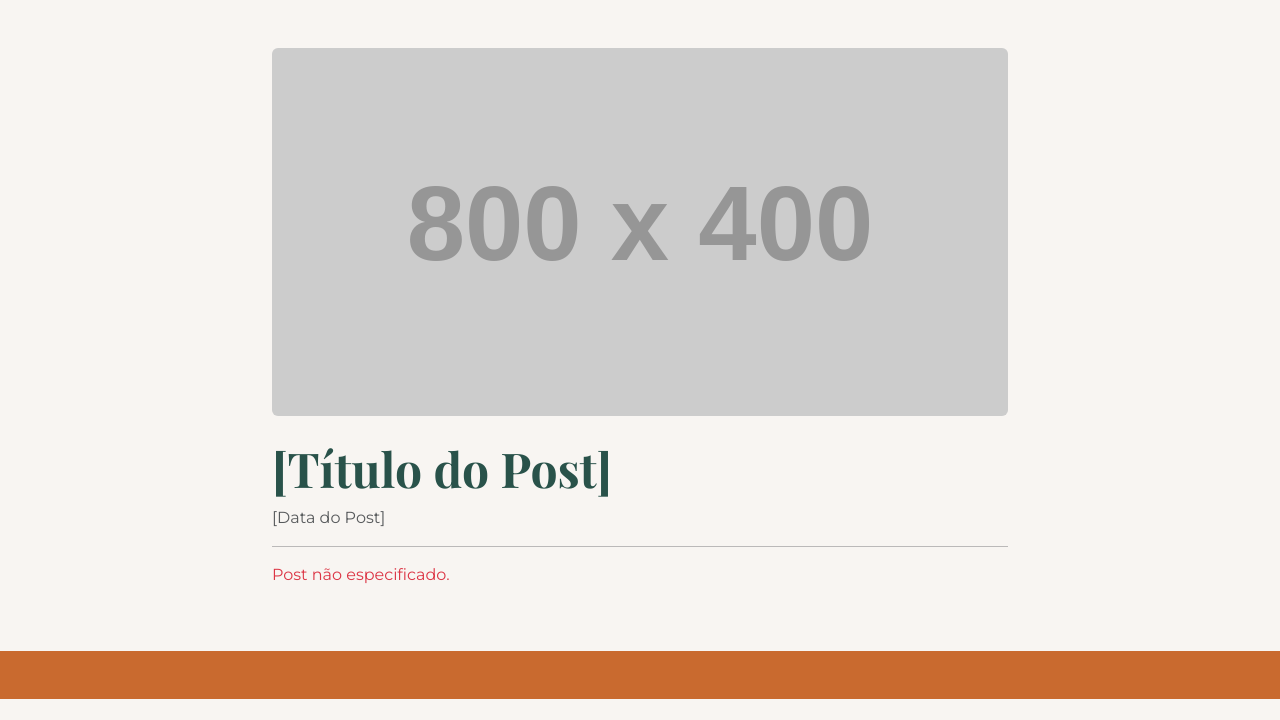
Repository: Lucascsg/projeto-anasouza-frontend
Page: post.html
These files come from the project's save history. The page is drawn as it stood at one moment and after the next save; the edit follows.
The browser window is 1280 px wide. The pictures show the whole page.

Above is the page before, as saved 2025-10-20 23:19:13.

### post.html
<!DOCTYPE html>
<html lang="pt-br">
<head>
    <meta charset="UTF-8">
    <meta name="viewport" content="width=device-width, initial-scale=1.0">
    <title>Blog - Ana Souza</title>

    <link href="https://cdn.jsdelivr.net/npm/bootstrap@5.3.2/dist/css/bootstrap.min.css" rel="stylesheet">
    <link rel="stylesheet" href="css/style.css">
    <link rel="stylesheet" href="https://cdn.jsdelivr.net/npm/bootstrap-icons@1.11.1/font/bootstrap-icons.css">
    <link rel="preconnect" href="https://fonts.googleapis.com">
    <link rel="preconnect" href="https://fonts.gstatic.com" crossorigin>
    <link href="https://fonts.googleapis.com/css2?family=Montserrat:wght@400;500;600&family=Playfair+Display:wght@700&family=Great+Vibes&display=swap" rel="stylesheet">
</head>
<body>

    <header>
        </header>

    <main class="container my-5">
        <div class="row justify-content-center">
            <div class="col-lg-8">
                <img src="https://via.placeholder.com/800x400" id="post-imagem" class="img-fluid rounded mb-4" alt="Imagem de destaque do post">

                <h1 class="display-5 fw-bold" id="post-titulo">[Título do Post]</h1>

                <p class="text-muted" id="post-data">[Data do Post]</p>
                <hr>

                <div id="post-conteudo">
                    <p>Carregando conteúdo do post...</p>
                </div>
            </div>
        </div>
    </main>

    <footer class="py-4 footer-custom">
       </footer>

    <script src="https://cdn.jsdelivr.net/npm/bootstrap@5.3.2/dist/js/bootstrap.bundle.min.js"></script>
    <script src="js/post.js"></script>
</body>
</html>

### css/style.css
/* =================================== */
/* VARIÁVEIS GLOBAIS E ESTILOS BASE    */
/* =================================== */
:root {
    /* Sua paleta de cores (mantive suas últimas alterações) */
    --cor-base-escura: #c96a2f;
    --cor-acao-vibrante: #854D27;
    --cor-detalhe-quente: #29524A;
    --cor-texto-escuro: #06070E;

    /* Cores Neutras e de Fundo */
    --cor-fundo-claro: #F8F5F2;
    --cor-texto-claro: #FFFFFF;
}

body {
    font-family: 'Montserrat', sans-serif;
    background-color: var(--cor-fundo-claro);
    color: var(--cor-texto-escuro);
}

h1, h2, h3, h4, h5, h6 {
    font-family: 'Playfair Display', serif;
    color: var(--cor-detalhe-quente);
}

/* =================================== */
/* ESTILOS DA BARRA DE NAVEGAÇÃO       */
/* =================================== */
.navbar-custom {
    background-color: var(--cor-base-escura);
}
/* ... (O resto dos estilos da navbar e do logo permanecem como você enviou) ... */
.navbar-brand.logo-text {
    display: flex;
    flex-direction: column;
    justify-content: center;
    padding: 0;
    position: relative;
    top: 2px;
}
.navbar-brand div {
    font-family: 'Great Vibes', cursive;
    font-size: 2.2rem;
    color: #FFD972 !important;
    line-height: 1;
    font-weight: normal;
}
.navbar-brand .logo-subtitle {
    font-family: 'Montserrat', sans-serif;
    font-size: 0.6rem;
    text-transform: uppercase;
    letter-spacing: 0.1em;
    display: block;
    opacity: 0.9;
    color: #FFD972;
    margin-top: -5px;
}
/* ... (outros estilos da navbar que você enviou) ... */
.navbar-custom .navbar-brand img {
    height: 40px;
}
.navbar-custom .nav-link {
    color: var(--cor-texto-claro);
    font-weight: 500;
    text-transform: uppercase;
    font-size: 0.9rem;
    padding: 0.5rem 1rem;
    transition: opacity 0.3s;
}
.navbar-custom .nav-link:hover {
    opacity: 0.8;
}
.navbar-icons a {
    color: var(--cor-texto-claro);
    font-size: 1.2rem;
    transition: opacity 0.3s;
}
.navbar-icons a:hover {
    opacity: 0.8;
}


/* =================================== */
/* ESTILOS DA SEÇÃO HERO (IMAGEM)      */
/* =================================== */
#hero {
    position: relative;
    height: 90vh;
    width: 100%;
    display: flex;
    align-items: center;
    justify-content: center;

    /* --- ATUALIZAÇÃO PARA IMAGEM DE FUNDO --- */
    background: url('../imagens/hero-background.jpg') no-repeat center center/cover;
}

#hero::after {
    content: '';
    position: absolute;
    top: 0;
    left: 0;
    width: 100%;
    height: 100%;
    background: rgba(0, 0, 0, 0.6);
    z-index: 1;
}

#hero .hero-content {
    position: relative;
    z-index: 2;
}

#hero .hero-content h1 {
    font-weight: 700;
    color: var(--cor-texto-claro);
}

#hero .hero-content .btn {
    border-radius: 50px;
    padding: 12px 30px;
    font-weight: 600;
}


/* ... (O resto do seu CSS continua exatamente como você enviou) ... */

/* =================================== */
/* ESTILOS GERAIS DAS SEÇÕES           */
/* =================================== */
section h2 {
    color: var(--cor-detalhe-quente);
    margin-bottom: 1rem;
}

/* =================================== */
/* ESTILOS DA SEÇÃO DE PRODUTOS        */
/* =================================== */
.product-card {
    border: none;
    border-radius: 15px;
    box-shadow: 0 4px 15px rgba(0, 0, 0, 0.08);
    transition: all 0.3s ease-in-out;
}
.product-card:hover {
    transform: translateY(-8px);
    box-shadow: 0 8px 25px rgba(0, 0, 0, 0.12);
}
.product-card .card-title {
    color: var(--cor-texto-escuro);
    font-weight: 600;
}
.product-card .btn {
    border-radius: 50px;
    padding: 8px 25px;
    font-weight: 500;
    border-color: var(--cor-base-escura);
    color: var(--cor-base-escura);
}
.product-card .btn:hover {
    background-color: var(--cor-base-escura);
    color: white;
}

/* =================================== */
/* ESTILOS DA SEÇÃO DE BLOG            */
/* =================================== */
.btn-custom-primary {
    background-color: var(--cor-acao-vibrante);
    color: white;
    border: none;
    border-radius: 50px;
    padding: 10px 30px;
    font-weight: 600;
    transition: all 0.3s;
}
.btn-custom-primary:hover {
    background-color: var(--cor-acao-vibrante);
    color: white;
    opacity: 0.9;
    transform: translateY(-2px);
}
#blog img {
    border-radius: 15px;
}

/* =================================== */
/* ESTILOS DO RODAPÉ (FOOTER)          */
/* =================================== */
.footer-custom {
    background-color: var(--cor-base-escura);
}
.footer-custom a {
    text-decoration: none;
    transition: opacity 0.3s;
}
.footer-custom a:hover {
    opacity: 0.8;
}

/* =================================== */
/* ESTILO DE SEÇÃO EM FORMATO DE CARD  */
/* =================================== */

.section-card {
    background-color: #c3c3c3; /* Fundo branco para o card */
    padding: 3rem 2rem;        /* Espaçamento interno generoso */
    border-radius: 20px;       /* As pontas curvadas que você pediu */
    box-shadow: 0 10px 30px rgba(0, 0, 0, 0.07); /* Sombra sutil para "flutuar" */
}

/* =================================== */
/* Estilos da Página de Produto        */
/* =================================== */

.product-price {
    color: var(--cor-detalhe-quente); /* Usando o verde/marrom dos títulos */
    font-weight: 600;
}

### js/post.js
document.addEventListener('DOMContentLoaded', function() {
    const urlParams = new URLSearchParams(window.location.search);
    const postId = urlParams.get('id');

    // Sempre atualiza o contador do carrinho, em qualquer página
    atualizarContadorCarrinho();

    if (postId) {
        carregarPostCompleto(postId);
    } else {
        // Se não houver ID na URL, exibe erro
        const postContent = document.getElementById('post-conteudo');
        if(postContent) postContent.innerHTML = '<p class="text-danger">Post não especificado.</p>';
    }
});

async function carregarPostCompleto(id) {
    try {
        const response = await fetch('blog.json');
        const posts = await response.json();
        const post = posts.find(p => p.id == id);

        if (post) {
            exibirPost(post);
        } else {
            const postContent = document.getElementById('post-conteudo');
            if(postContent) postContent.innerHTML = '<p class="text-danger">Post não encontrado.</p>';
        }
    } catch (error) {
        console.error('Erro ao carregar o post:', error);
    }
}

function exibirPost(post) {
    document.title = post.titulo + " - Ana Souza";

    document.getElementById('post-imagem').src = post.imagem;
    document.getElementById('post-imagem').alt = post.titulo;
    document.getElementById('post-titulo').textContent = post.titulo;
    document.getElementById('post-data').textContent = post.data;

    // Usamos innerHTML aqui para que as tags <p> do nosso JSON sejam renderizadas como HTML
    document.getElementById('post-conteudo').innerHTML = post.conteudo;
}

// Função para manter o contador do carrinho atualizado
function atualizarContadorCarrinho() {
    let carrinho = JSON.parse(localStorage.getItem('carrinho')) || [];
    const totalItens = carrinho.reduce((total, item) => total + item.quantidade, 0);
    const contadorElemento = document.getElementById('contador-carrinho');

    if (contadorElemento) {
        if (totalItens > 0) {
            contadorElemento.textContent = totalItens;
            contadorElemento.style.display = 'inline';
        } else {
            contadorElemento.style.display = 'none';
        }
    }
}

After the next save:
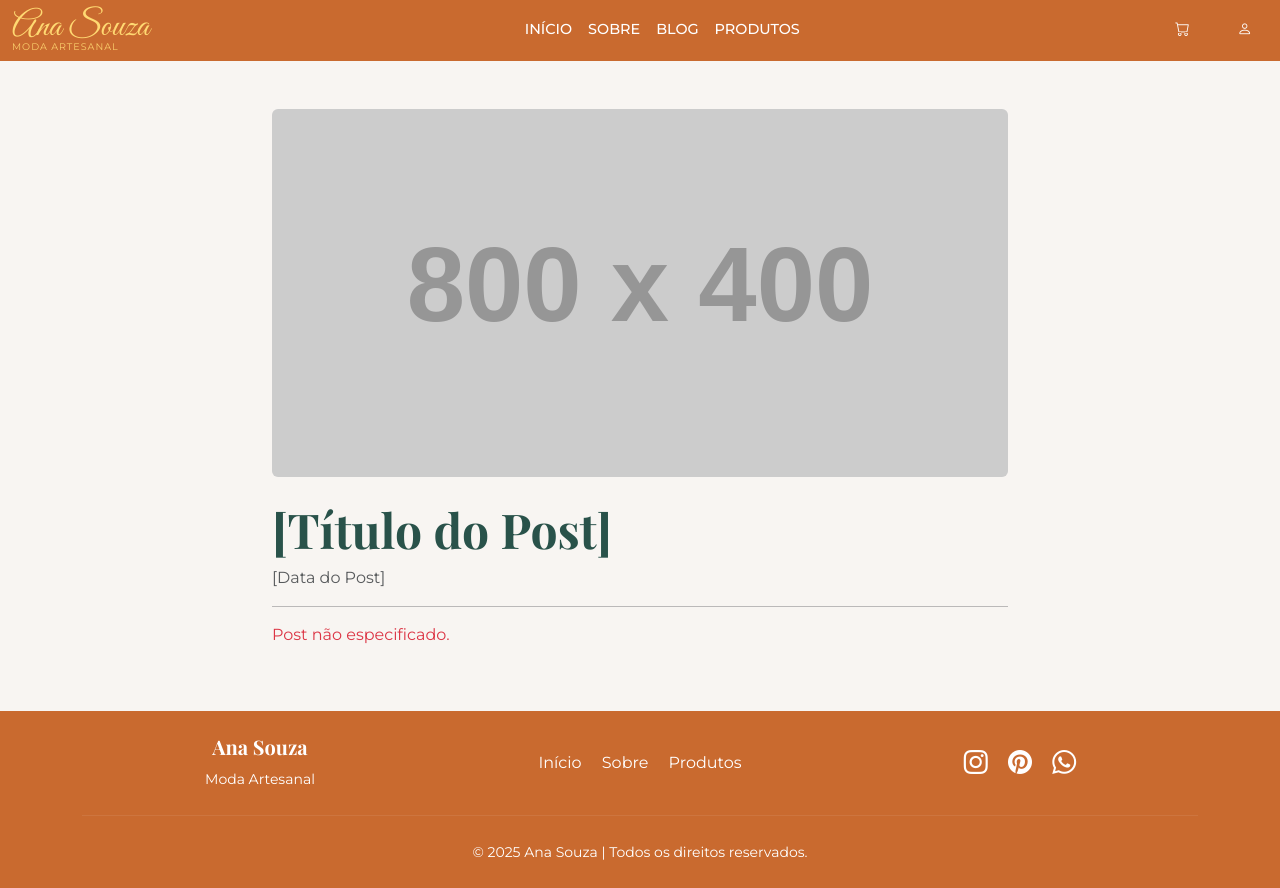
Saved 97 s later.
--- a/post.html
+++ b/post.html
@@ -15,18 +15,41 @@
 <body>
 
     <header>
-        </header>
+        <nav class="navbar navbar-expand-lg navbar-dark navbar-custom">
+            <div class="container-fluid">
+                <a class="navbar-brand logo-text" href="index.html">
+                    <div>Ana Souza</div>
+                    <small class="logo-subtitle">MODA ARTESANAL</small>
+                </a>
+                <button class="navbar-toggler" type="button" data-bs-toggle="collapse" data-bs-target="#navbarNav" aria-controls="navbarNav" aria-expanded="false" aria-label="Toggle navigation">
+                    <span class="navbar-toggler-icon"></span>
+                </button>
+                <div class="collapse navbar-collapse" id="navbarNav">
+                    <ul class="navbar-nav mx-auto">
+                        <li class="nav-item"><a class="nav-link" href="index.html">Início</a></li>
+                        <li class="nav-item"><a class="nav-link" href="index.html#sobre">Sobre</a></li>
+                        <li class="nav-item"><a class="nav-link active" href="blog.html">Blog</a></li>
+                        <li class="nav-item"><a class="nav-link" href="produtos.html">Produtos</a></li>
+                    </ul>
+                    <div class="navbar-icons d-flex">
+                        <a href="carrinho.html" class="nav-link position-relative">
+                            <i class="bi bi-cart"></i>
+                            <span class="badge rounded-pill bg-danger position-absolute top-0 start-100 translate-middle" id="contador-carrinho" style="display: none;">0</span>
+                        </a>
+                        <a href="#" class="nav-link ms-3"><i class="bi bi-person"></i></a>
+                    </div>
+                </div>
+            </div>
+        </nav>
+    </header>
 
     <main class="container my-5">
         <div class="row justify-content-center">
             <div class="col-lg-8">
                 <img src="https://via.placeholder.com/800x400" id="post-imagem" class="img-fluid rounded mb-4" alt="Imagem de destaque do post">
-
                 <h1 class="display-5 fw-bold" id="post-titulo">[Título do Post]</h1>
-
                 <p class="text-muted" id="post-data">[Data do Post]</p>
                 <hr>
-
                 <div id="post-conteudo">
                     <p>Carregando conteúdo do post...</p>
                 </div>
@@ -35,7 +58,29 @@
     </main>
 
     <footer class="py-4 footer-custom">
-       </footer>
+        <div class="container text-center text-white">
+            <div class="row align-items-center">
+                <div class="col-md-4 mb-3 mb-md-0">
+                    <h5 class="text-white">Ana Souza</h5>
+                    <small>Moda Artesanal</small>
+                </div>
+                <div class="col-md-4 mb-3 mb-md-0">
+                    <ul class="list-inline mb-0">
+                        <li class="list-inline-item mx-2"><a href="index.html" class="text-white">Início</a></li>
+                        <li class="list-inline-item mx-2"><a href="index.html#sobre" class="text-white">Sobre</a></li>
+                        <li class="list-inline-item mx-2"><a href="produtos.html" class="text-white">Produtos</a></li>
+                    </ul>
+                </div>
+                <div class="col-md-4">
+                    <a href="#" class="text-white fs-4 mx-2"><i class="bi bi-instagram"></i></a>
+                    <a href="#" class="text-white fs-4 mx-2"><i class="bi bi-pinterest"></i></a>
+                    <a href="#" class="text-white fs-4 mx-2"><i class="bi bi-whatsapp"></i></a>
+                </div>
+            </div>
+            <hr class="my-4" style="border-color: rgba(255, 255, 255, 0.3);">
+            <small>&copy; 2025 Ana Souza | Todos os direitos reservados.</small>
+        </div>
+    </footer>
 
     <script src="https://cdn.jsdelivr.net/npm/bootstrap@5.3.2/dist/js/bootstrap.bundle.min.js"></script>
     <script src="js/post.js"></script>
